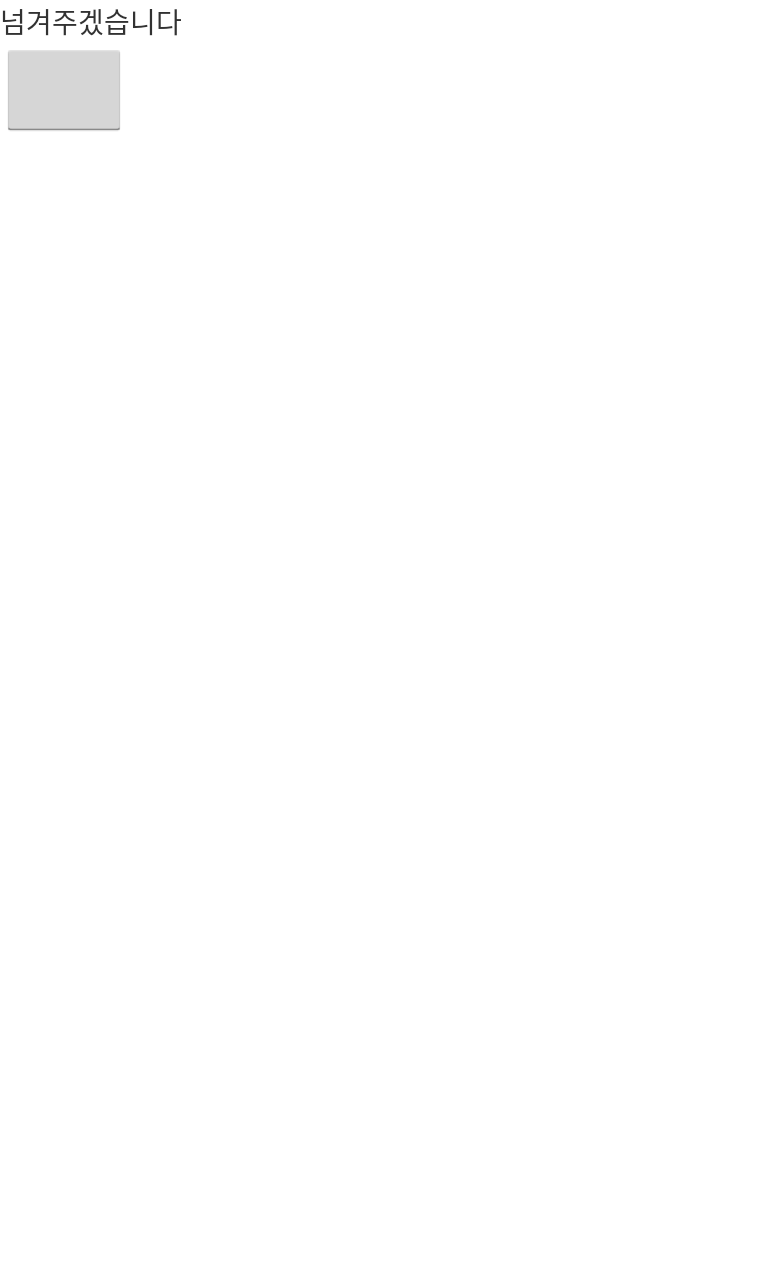
Repository: HSUmod/nanumi
Layout: Nanumi/res/layout/activity_main.xml
An editor plug-in stored every save of this project. The layout is shown before and after the next save, followed by the edit.
It is drawn on a 768 x 1280 px phone screen (xhdpi) without system bars, with theme AppTheme; the app's code is not run.

Above is the layout before, as saved 2015-11-11 05:24:55.

### Nanumi/res/layout/activity_main.xml
<LinearLayout xmlns:android="http://schemas.android.com/apk/res/android"
    xmlns:tools="http://schemas.android.com/tools"
    android:layout_width="match_parent"
    android:layout_height="match_parent"
    android:orientation="vertical"
    tools:context="com.example.nanumi.MainActivity" >

    <TextView
        android:id="@+id/textView1"
        android:layout_width="wrap_content"
        android:layout_height="wrap_content"
        android:text="넘겨주겠습니다" />


    <Button
        android:id="@+id/sendBtn"
        android:layout_width="wrap_content"
        android:layout_height="wrap_content" />

</LinearLayout>

Loaded but not shown: Nanumi/res/values/styles.xml (common file); Nanumi/res/values-v11/styles.xml (common file); Nanumi/res/values-v14/styles.xml (common file)

After the next save:
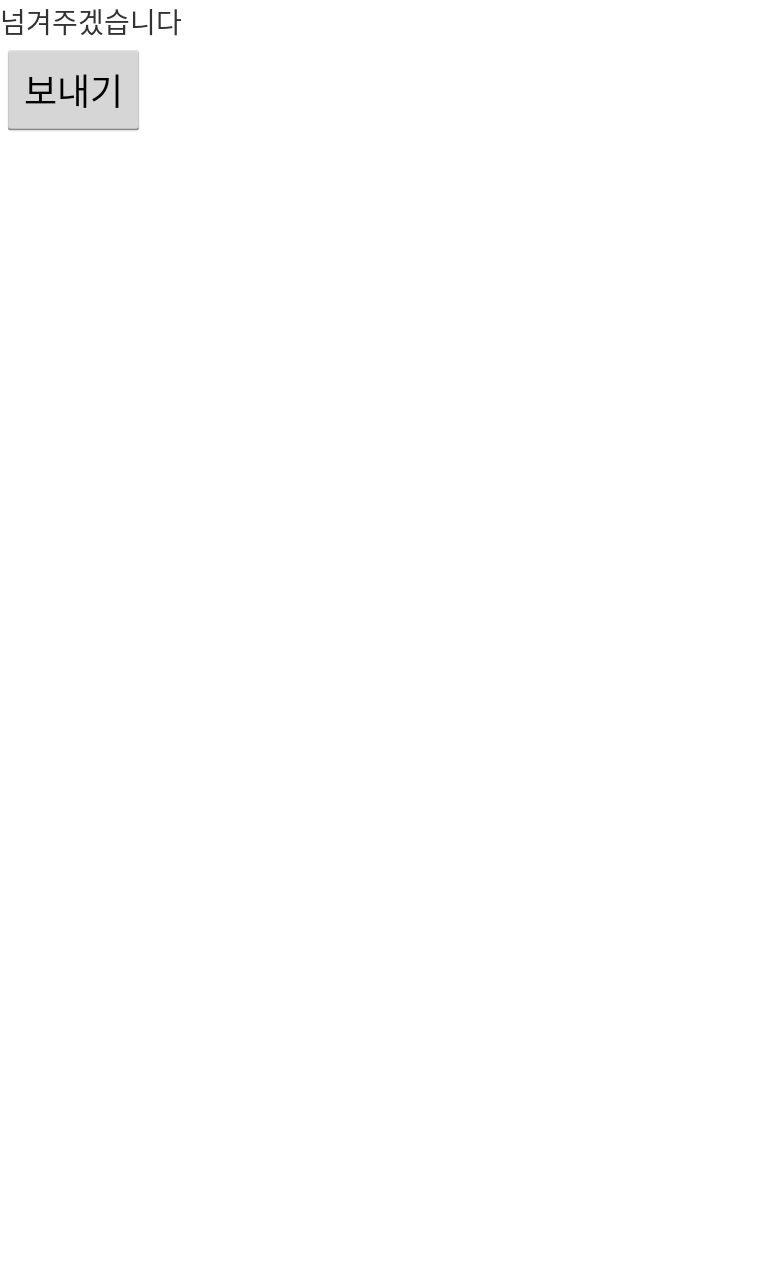
Saved 12 s later.
--- a/Nanumi/res/layout/activity_main.xml
+++ b/Nanumi/res/layout/activity_main.xml
@@ -15,6 +15,8 @@
     <Button
         android:id="@+id/sendBtn"
         android:layout_width="wrap_content"
-        android:layout_height="wrap_content" />
+        android:layout_height="wrap_content"
+        android:text="보내기"
+         />
 
 </LinearLayout>
